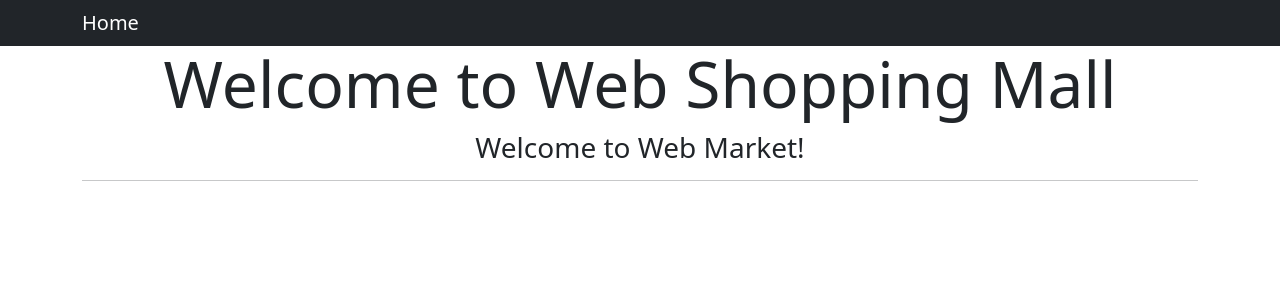
Repository: CheolHo-0428/JSP-Web-Programming
Page: http://localhost/WebMarket/welcome.jsp
These files come from the project's save history. The page is drawn as it stood at one moment and after the next save; the edit follows.
The browser window is 1280 px wide. The pictures show the whole page.
The page is served by Tomcat 9. Other server files are loaded and not shown.

Above is the page before, as saved 2021-05-06 14:49:06.

### WebMarket/src/main/webapp/welcome.jsp
<%@ page language="java" contentType="text/html; charset=UTF-8"
    pageEncoding="UTF-8"%>
<!DOCTYPE html>
<html>
<head>
<meta charset="UTF-8">
<title>Welcome</title>
</head>
<!-- Bootstrap CSS -->
    <link href="https://cdn.jsdelivr.net/npm/bootstrap@5.0.0/dist/css/bootstrap.min.css"
    	rel="stylesheet">
<body>
	<nav class="navbar navbar-expand navbar-dark bg-dark">
		<div class="container">
			<div class = "navbar-header">
				<a class = "navbar-brand" href="./welcome.jsp">Home</a>
			</div>
		</div>
	</nav>
	<%
		String greeting = "Welcome to Web Shopping Mall";
		String tagline = "Welcome to Web Market!";
	%>
	<div class = "jumbotron">
		<div class = "container">
			<h1 class = "display-3">
				<div class = "text-center">
					<%= greeting %>
				</div>
			</h1>
		</div>
	</div>
	<div class = "container">
		<div class = "text-center">
			<h3><%= tagline %></h3>
		</div>
		<hr>
	</div>

</body>
</html>

After the next save:
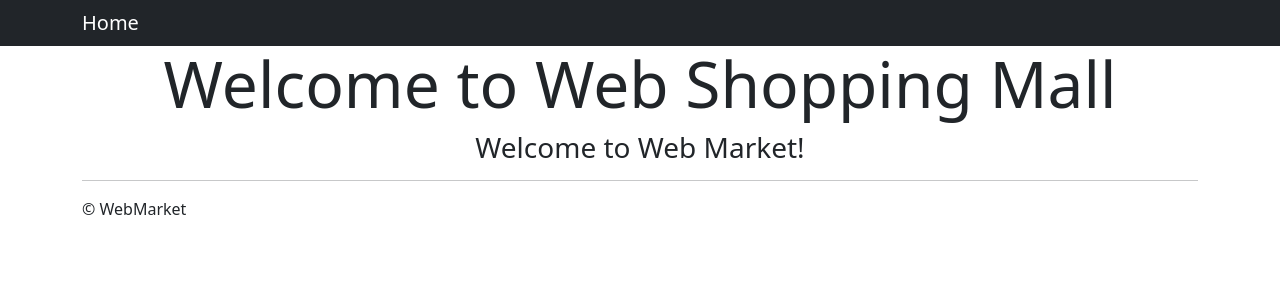
Saved 47 s later.
--- a/WebMarket/src/main/webapp/welcome.jsp
+++ b/WebMarket/src/main/webapp/welcome.jsp
@@ -36,6 +36,9 @@
 		</div>
 		<hr>
 	</div>
+	<footer class = "container">
+		<p>&copy; WebMarket</p>
+	</footer>
 
 </body>
 </html>
